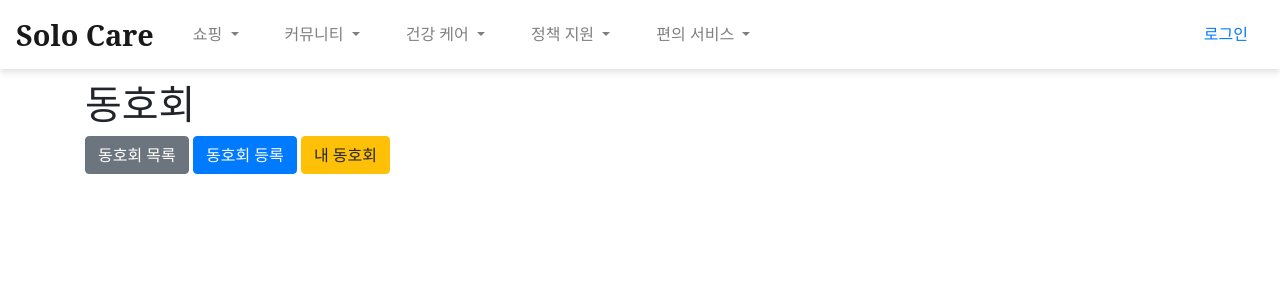
Repository: HB1112/cloud
Page: http://localhost/Solocare/WEB-INF/views/club/clubBoard.jsp
An editor plug-in stored every save of this project. The page is shown before and after the next save, followed by the edit.
The browser window is 1280 px wide. The pictures show the whole page.
The page is served by Tomcat 9. Nobody is signed in. Other server files are loaded and not shown. The template is opened directly, without the code that normally fills it, so the values that code supplies are empty.

Above is the page before, as saved 2024-12-16 02:05:50.

### Solocare/src/main/webapp/WEB-INF/views/club/clubBoard.jsp
<%@ page language="java" contentType="text/html; charset=UTF-8"
    pageEncoding="UTF-8"%>
<!DOCTYPE html>
<html>
<head>
<meta charset="UTF-8">
<link rel="stylesheet" href="https://maxcdn.bootstrapcdn.com/bootstrap/4.5.2/css/bootstrap.min.css">
<link href="https://fonts.googleapis.com/css2?family=Noto+Sans:wght@400;500;700&family=Noto+Serif:wght@400;700&display=swap" rel="stylesheet">
<link href="https://cdnjs.cloudflare.com/ajax/libs/font-awesome/5.15.4/css/all.min.css" rel="stylesheet">
<script src="https://code.jquery.com/jquery-3.5.1.slim.min.js"></script>
<script src="https://cdn.jsdelivr.net/npm/@popperjs/core@2.9.2/dist/umd/popper.min.js"></script>
<script src="https://maxcdn.bootstrapcdn.com/bootstrap/4.5.2/js/bootstrap.min.js"></script>
<title>동호회 커뮤니티</title>
<style>
    body {
        margin-top: 80px; /* 내비게이션 바의 높이에 맞게 여백 추가 */
    }
</style>
</head>
<body>
	<nav class="navbar navbar-expand-lg navbar-light fixed-top">
        <%@ include file="../menu.jsp"%>
    </nav>

	<div class="container mt-4"> <!-- 추가적인 여백을 위해 container 사용 -->
		<h1>동호회</h1>
		<nav>
			<a href="list" class="btn btn-secondary">동호회 목록</a>
			<a href="regist" class="btn btn-primary">동호회 등록</a>
			<form action="myclub" method="post" style="display: inline;">
			    <input type="hidden" name="id" value="${mem.id}"> <!-- 세션에서 가져온 멤버 ID로 설정 -->
			    <button type="submit" class="btn btn-warning">내 동호회</button>
			</form>
		</nav>
	</div>
</body>
</html>

### Solocare/src/main/webapp/WEB-INF/views/menu.jsp
<%@ page contentType="text/html; charset=UTF-8" language="java" %>
   <style>
        body {
            font-family: 'Noto Sans', sans-serif;
        }
        .navbar {
            background-color: white;
            box-shadow: 0 4px 6px rgba(0, 0, 0, 0.1);
        }
        .navbar-brand {
            font-family: 'Noto Serif', serif;
            font-size: 1.8rem;
            font-weight: bold;
            color: #005B96;
            transition: transform 0.3s ease;
        }
        .navbar-brand:hover {
            transform: scale(1.1);
        }
        .navbar-nav .nav-link {
            margin: 0 15px;
            color: #005B96;
            font-weight: 500;
            transition: all 0.3s ease;
        }
        .navbar-nav .nav-link:hover {
            color: #FFD700;
            transform: translateY(-3px);
        }
        .dropdown-menu {
            background: #f8f9fa;
            border: none;
            border-radius: 5px;
            box-shadow: 0 4px 8px rgba(0, 0, 0, 0.1);
        }
        .dropdown-item {
            color: #005B96;
            font-weight: 500;
        }
        .dropdown-item:hover {
            background: #005B96;
            color: white;
        }
        .search {
            display: flex;
            align-items: center;
            margin-left: auto; /* 오른쪽 끝으로 붙이기 */
        }
        .search input {
            border-radius: 30px;
            border: 2px solid #005B96;
            margin-right: 10px; /* 검색창과 버튼 사이 간격 */
        }
        .search button {
            color: white;
            background: #005B96;
            border-radius: 50%;
            border: none;
            padding: 5px 10px;
        }
        .user-links {
        	display : flex;
            margin-left: 20px; /* 로그인/회원가입 간격 */
        }
        .main-content {
            margin-top: 80px; /* 내비게이션 바 높이에 맞춰 여백 추가 */
        }
        .navbar-collapse {
		    display: flex;
		    justify-content: space-between; /* 양쪽 끝으로 배치 */
		    width: 100%; /* 전체 너비 사용 */
		}
    </style>
<link href="https://fonts.googleapis.com/css2?family=Montserrat:wght@400;700&display=swap" rel="stylesheet">
<nav class="navbar navbar-expand-lg navbar-light fixed-top" style="font-family: 'Montserrat', sans-serif;">
    <a class="navbar-brand" href="/Solocare/home">Solo Care</a>
    <button class="navbar-toggler" type="button" data-toggle="collapse" data-target="#navbarNav" aria-controls="navbarNav" aria-expanded="false" aria-label="Toggle navigation">
        <span class="navbar-toggler-icon"></span>
    </button>
    <div class="collapse navbar-collapse" id="navbarNav">
        <ul class="navbar-nav">
            <li class="nav-item dropdown">
                <a class="nav-link dropdown-toggle" href="#" id="shoppingDropdown" role="button" data-toggle="dropdown" aria-haspopup="true" aria-expanded="false">
                    쇼핑
                </a>
                <div class="dropdown-menu" aria-labelledby="shoppingDropdown">
                    <a class="dropdown-item" href="search">1인 가구 맞춤 가전 제품</a>
                    <a class="dropdown-item" href="#">1인 가구 맞춤 식자재</a>
                    <a class="dropdown-item" href="#">보안 제품 추천</a>
                </div>
            </li>
            <li class="nav-item dropdown">
                <a class="nav-link dropdown-toggle" href="#" id="homeCareDropdown" role="button" data-toggle="dropdown" aria-haspopup="true" aria-expanded="false">
                    커뮤니티
                </a>
                <div class="dropdown-menu" aria-labelledby="homeCareDropdown">
                    <a class="dropdown-item" href="board?category=tip&page=1">정보 공유 (집 꾸미기, 생활 팁)</a>
                    <a class="dropdown-item" href="tradeboard">중고거래</a>
                    <a class="dropdown-item" href="club/board">동호회</a>
                </div>
            </li>
            <li class="nav-item dropdown">
                <a class="nav-link dropdown-toggle" href="#" id="safetyHealthDropdown" role="button" data-toggle="dropdown" aria-haspopup="true" aria-expanded="false">
                    건강 케어
                </a>
                <div class="dropdown-menu" aria-labelledby="safetyHealthDropdown">
                    <a class="dropdown-item" href="#">간단한 홈트레이닝 영상 제공</a>
                    <a class="dropdown-item" href="#">건강 데이터 통합 관리</a>
                    <a class="dropdown-item" href="#">집 주변 약국 운영시간, 야간운영? 정보</a>
                </div>
            </li>
            <li class="nav-item dropdown">
                <a class="nav-link dropdown-toggle" href="#" id="policyDropdown" role="button" data-toggle="dropdown" aria-haspopup="true" aria-expanded="false">
                    정책 지원
                </a>
                <div class="dropdown-menu" aria-labelledby="policyDropdown">
                    <a class="dropdown-item" href="#">사회성 증진 프로그램</a>
                    <a class="dropdown-item" href="#">지원 혜택</a>
                    <a class="dropdown-item" href="#">응급 대처 가이드</a>
                </div>
            </li>
            <li class="nav-item dropdown">
                <a class="nav-link dropdown-toggle" href="#" id="serviceDropdown" role="button" data-toggle="dropdown" aria-haspopup="true" aria-expanded="false">
                    편의 서비스
                </a>
                <div class="dropdown-menu" aria-labelledby="serviceDropdown">
                    <a class="dropdown-item" href="#">정기 구독 식품, 청소, 심부름</a>
                    <a class="dropdown-item" href="#">안심 귀가 루트 추천</a>
                </div>
            </li>
        </ul>

        <%
            if (request.getSession().getAttribute("mem") != null) {
        %>
            <div class="user-links">
                <p>${mem.name}님 환영합니다</p>
                <a href="infocheck" class="nav-link">내 정보</a>
                <a href="logout" class="nav-link">로그아웃</a>
                <a href="list" class="nav-link">일정관리</a>
            </div>
        <%
            } else {
        %>
            <div class="user-links">
                <a href="/Solocare/login" class="nav-link">로그인</a>
            </div>
        <%
            }
        %>
    </div>
</nav>

After the next save:
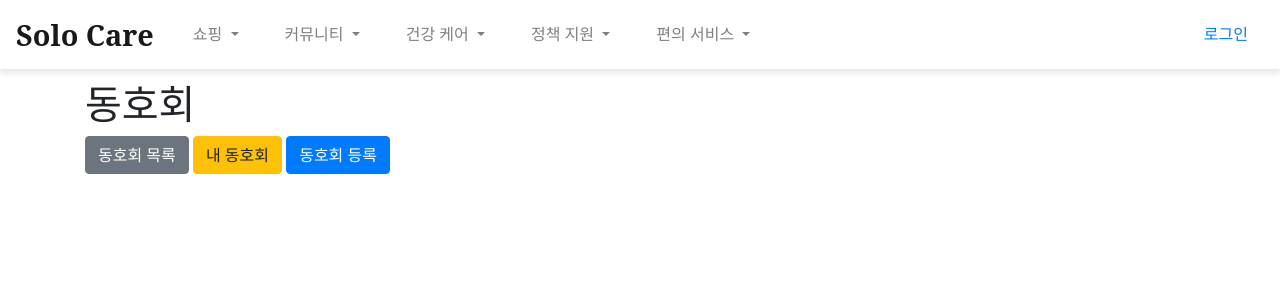
Saved 27 s later.
--- a/Solocare/src/main/webapp/WEB-INF/views/club/clubBoard.jsp
+++ b/Solocare/src/main/webapp/WEB-INF/views/club/clubBoard.jsp
@@ -26,11 +26,12 @@
 		<h1>동호회</h1>
 		<nav>
 			<a href="list" class="btn btn-secondary">동호회 목록</a>
-			<a href="regist" class="btn btn-primary">동호회 등록</a>
 			<form action="myclub" method="post" style="display: inline;">
 			    <input type="hidden" name="id" value="${mem.id}"> <!-- 세션에서 가져온 멤버 ID로 설정 -->
 			    <button type="submit" class="btn btn-warning">내 동호회</button>
 			</form>
+			<a href="regist" class="btn btn-primary">동호회 등록</a>
+
 		</nav>
 	</div>
 </body>
